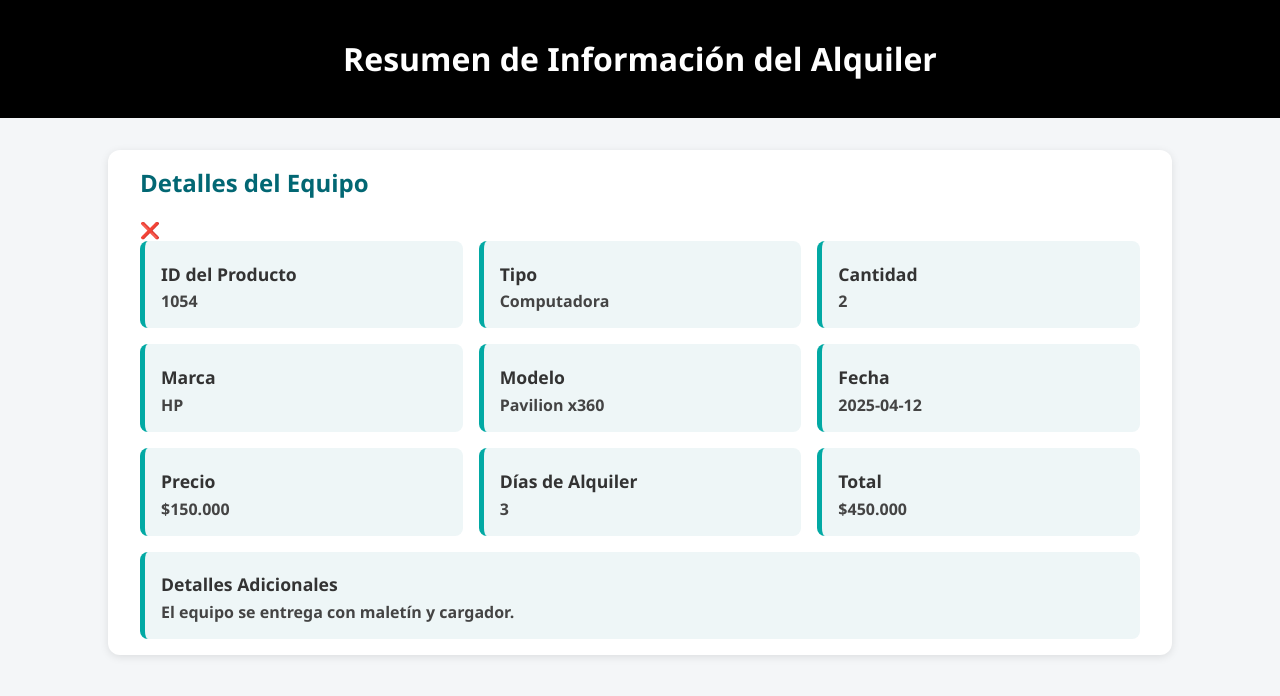
Repository: ye909/RAVPIP
Page: src/templei/historiaAlquiler.html
An editor plug-in stored every save of this project. The page is shown before and after the next save, followed by the edit.
The browser window is 1280 px wide. The pictures show the whole page.

Above is the page before, as saved 2025-04-12 12:42:58.

### src/templei/historiaAlquiler.html
<!DOCTYPE html>
<html lang="es">
<head>
  <meta charset="UTF-8">
  <meta name="viewport" content="width=device-width, initial-scale=1.0">
  <title>Resumen de Alquiler</title>
  <link rel="stylesheet" href="https://cdnjs.cloudflare.com/ajax/libs/font-awesome/6.4.0/css/all.min.css" />
  <style>
    body {
      font-family: 'Segoe UI', sans-serif;
      background-color: #f4f6f8;
      margin: 0;
      padding: 0;
    }

    header {
      background-color: black;
      color: white;
      padding: 1rem 2rem;
      text-align: center;
    }

    .contenedor {
      max-width: 1000px;
      margin: 2rem auto;
      padding: 1rem 2rem;
      background-color: white;
      box-shadow: 0 2px 8px rgba(0, 0, 0, 0.1);
      border-radius: 12px;
    }

    h2 {
      margin-top: 0;
      color: #026773;
    }

    .info-box {
      display: grid;
      grid-template-columns: repeat(auto-fit, minmax(280px, 1fr));
      gap: 1rem;
    }

    .card {
      background-color: #eef6f7;
      padding: 1rem;
      border-left: 5px solid #02a9a4;
      border-radius: 8px;
    }

    .card h3 {
      margin: 0.3rem 0;
      font-size: 1.1rem;
      color: #333;
    }

    .card p {
      margin: 0;
      font-weight: bold;
      color: #444;
    }


  </style>
</head>
<body>
  <header>
    <h1>Resumen de Información del Alquiler</h1>
  </header>

  <div class="contenedor">
   <div class="containerClose">
    <div><h2>Detalles del Equipo</h2></div>
    <div>❌</div>
   </div>
    <div class="info-box">
      <div class="card">
        <h3>ID del Producto</h3>
        <p>1054</p>
      </div>
      <div class="card">
        <h3>Tipo</h3>
        <p>Computadora</p>
      </div>
      <div class="card">
        <h3>Cantidad</h3>
        <p>2</p>
      </div>
      <div class="card">
        <h3>Marca</h3>
        <p>HP</p>
      </div>
      <div class="card">
        <h3>Modelo</h3>
        <p>Pavilion x360</p>
      </div>
      <div class="card">
        <h3>Fecha</h3>
        <p>2025-04-12</p>
      </div>
      <div class="card">
        <h3>Precio</h3>
        <p>$150.000</p>
      </div>
      <div class="card">
        <h3>Días de Alquiler</h3>
        <p>3</p>
      </div>
      <div class="card">
        <h3>Total</h3>
        <p>$450.000</p>
      </div>
      <div class="card" style="grid-column: 1 / -1;">
        <h3>Detalles Adicionales</h3>
        <p>El equipo se entrega con maletín y cargador.</p>
      </div>
    </div>
  </div>


</body>
</html>

After the next save:
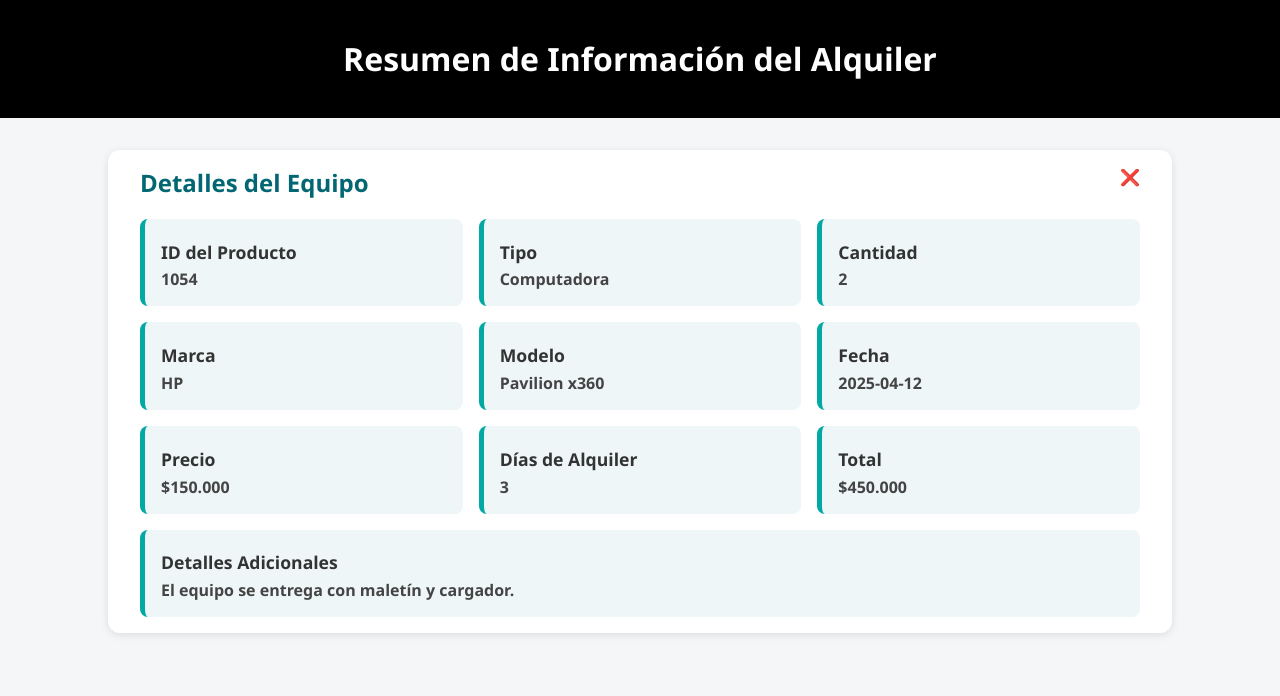
Saved 40 s later.
--- a/src/templei/historiaAlquiler.html
+++ b/src/templei/historiaAlquiler.html
@@ -28,7 +28,11 @@
       box-shadow: 0 2px 8px rgba(0, 0, 0, 0.1);
       border-radius: 12px;
     }
-
+.containerClose{
+    display: flex;
+    justify-content: space-between;
+    /* visibility: hidden; */
+}
     h2 {
       margin-top: 0;
       color: #026773;
